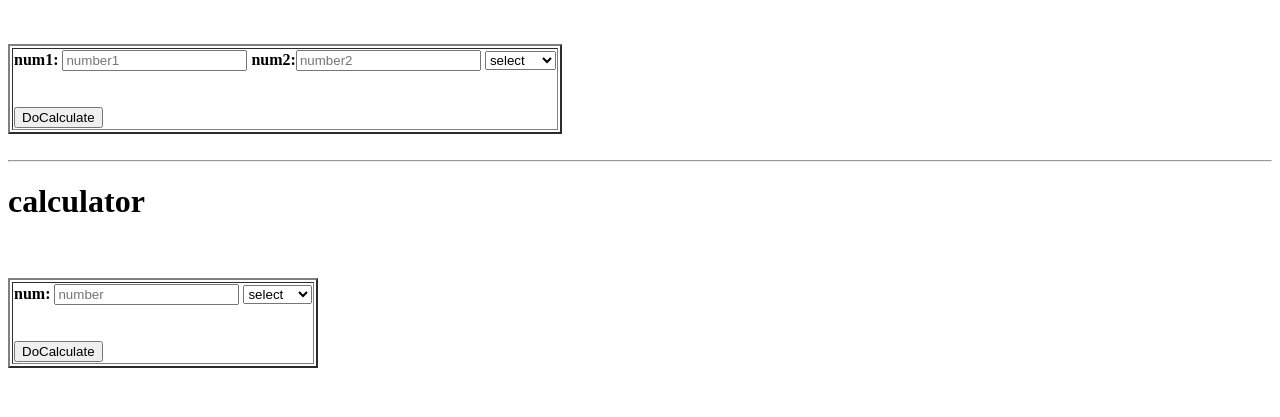
Repository: ravikumar0303/Advance-Java
Page: JSPCalculator/src/main/webapp/calculator.html
An editor plug-in stored every save of this project. The page is shown before and after the next save, followed by the edit.
The browser window is 1280 px wide. The pictures show the whole page.

Above is the page before, as saved 2023-06-24 11:54:13.

After the next save:
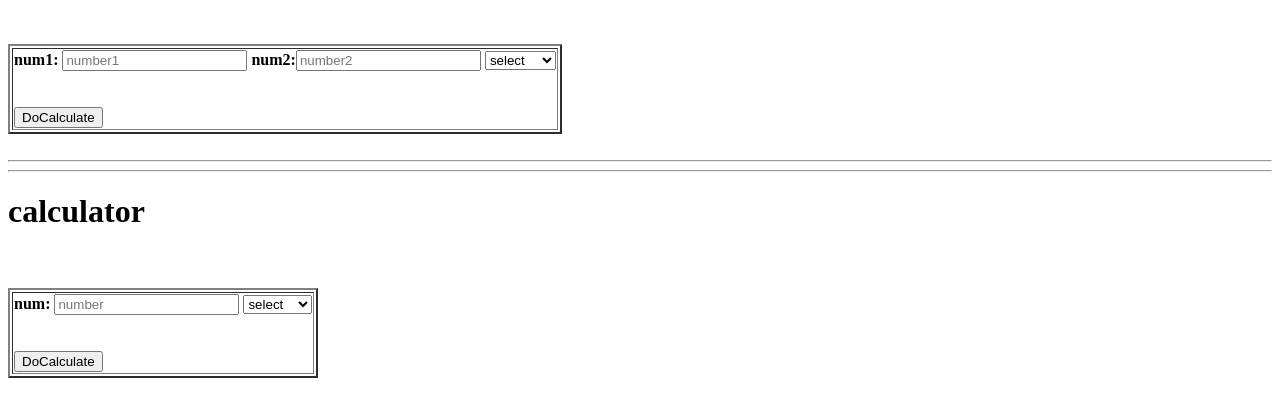
Saved 15 s later.
--- a/JSPCalculator/src/main/webapp/calculator.html
+++ b/JSPCalculator/src/main/webapp/calculator.html
@@ -31,7 +31,7 @@
 		</table>
 	</div>
 	<br>
-	<hr>
+	<hr><hr>
 
 	                      <h1>calculator</h1>
 
